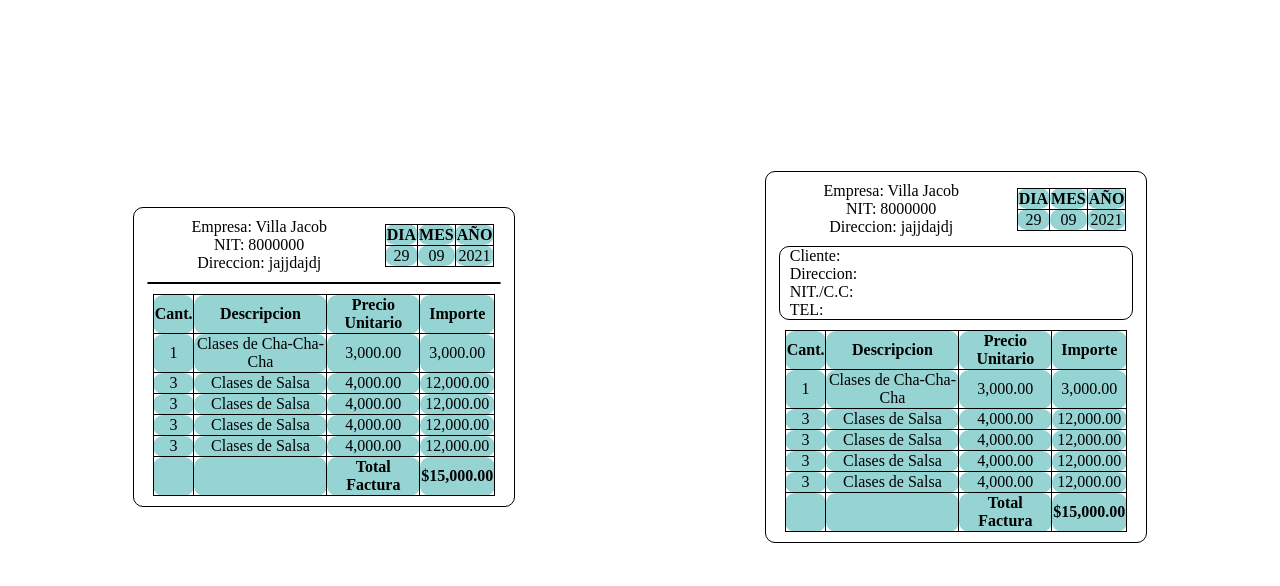
Repository: MrVanQish/FacturaEstructura
Page: index.html
The author's editor kept a copy of each file at every save. The page is drawn from the files as they stood at one save, then again after a run of saves.
The browser window is 1280 px wide. The pictures show the whole page.

Above is the page before, as saved 2021-09-29 11:54:11.

After the next 3 saves:
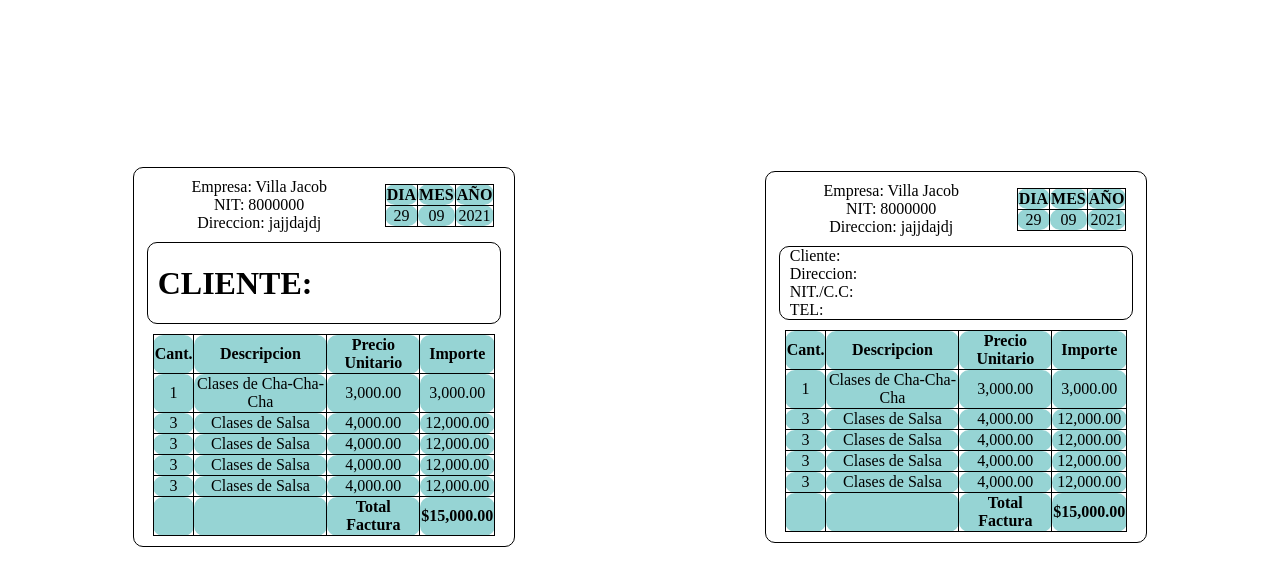
The 3 saves are shown as one change because they came seconds apart.
The last was saved 11 s later.
--- a/index.html
+++ b/index.html
@@ -43,7 +43,7 @@
 
                 <div class="infoCliente-f">
                   <div>
-
+                    <h1>CLIENTE:</h1>
                   </div>
                    <!--  <table>
                           <tbody>
